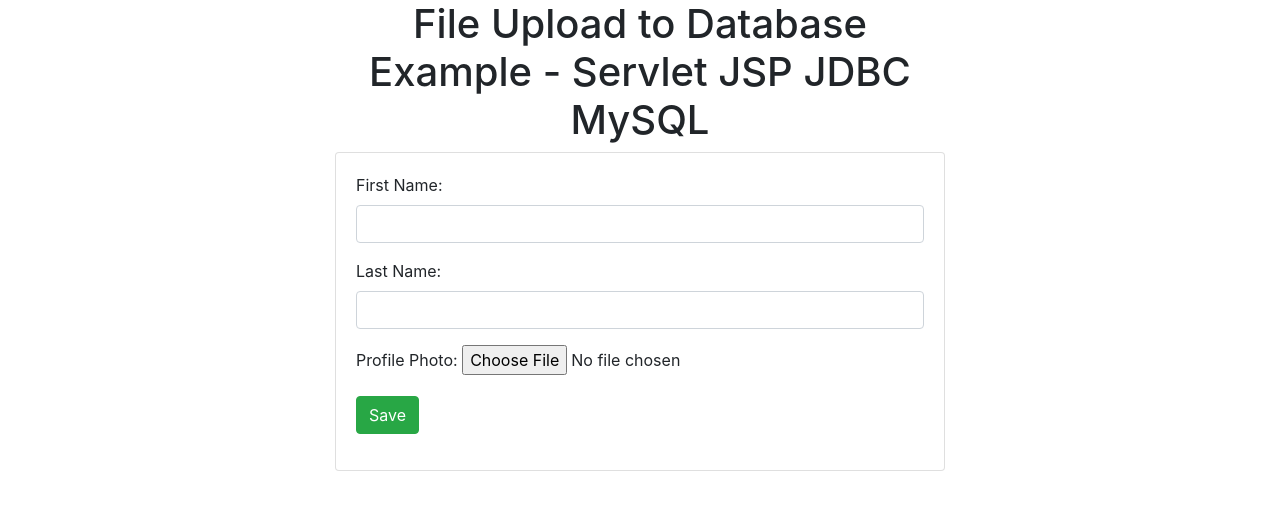
Repository: Tanvi0901/NIET-EVENT-MANAGEMENT-WEBSITE
Page: http://localhost/MiniProject/upload-file.jsp
An editor plug-in stored every save of this project. The page is shown before and after the next save, followed by the edit.
The browser window is 1280 px wide. The pictures show the whole page.
The page is served by Tomcat 10. Other server files are loaded and not shown.

Above is the page before, as saved 2023-05-08 07:31:15.

### adv/MiniProject/src/main/webapp/upload-file.jsp
<%@ page language="java" contentType="text/html; charset=ISO-8859-1"
 pageEncoding="ISO-8859-1"%>
<!DOCTYPE html PUBLIC "-//W3C//DTD HTML 4.01 Transitional//EN"
    "http://www.w3.org/TR/html4/loose.dtd">
<html>
<head>
<meta http-equiv="Content-Type" content="text/html; charset=ISO-8859-1">
<title>File Upload Servlet JSP JDBC MySQL Example</title>
<link
 href="https://stackpath.bootstrapcdn.com/bootstrap/4.3.1/css/bootstrap.min.css"
 rel="stylesheet"
 integrity="sha384-ggOyR0iXCbMQv3Xipma34MD+dH/1fQ784/j6cY/iJTQUOhcWr7x9JvoRxT2MZw1T"
 crossorigin="anonymous">
</head>
<body>

 <div class="container col-lg-6">
  <h1 class="text-center">File Upload to Database Example - Servlet JSP JDBC MySQL </h1>
  <div class="card">
   <div class="card-body">
    <form method="post" class="form-group" action="uploadServlet"
     enctype="multipart/form-data">
     <div class="form-group">
      <label for="first name">First Name: </label> <input type="text"
       class="form-control" name="firstName" size="50" />
     </div>
     <div class="form-group">
      <label for="last name">Last Name: </label> <input type="text"
       class="form-control" name="lastName" size="50" />
     </div>

     <div class="form-group">
      <label for="Profile Photo">Profile Photo:</label> <input
       type="file" name="photo" size="50" />
     </div>
     <input type="submit" value="Save" class="btn btn-success">
    </form>
   </div>
  </div>
 </div>
</body>
</html>

After the next save:
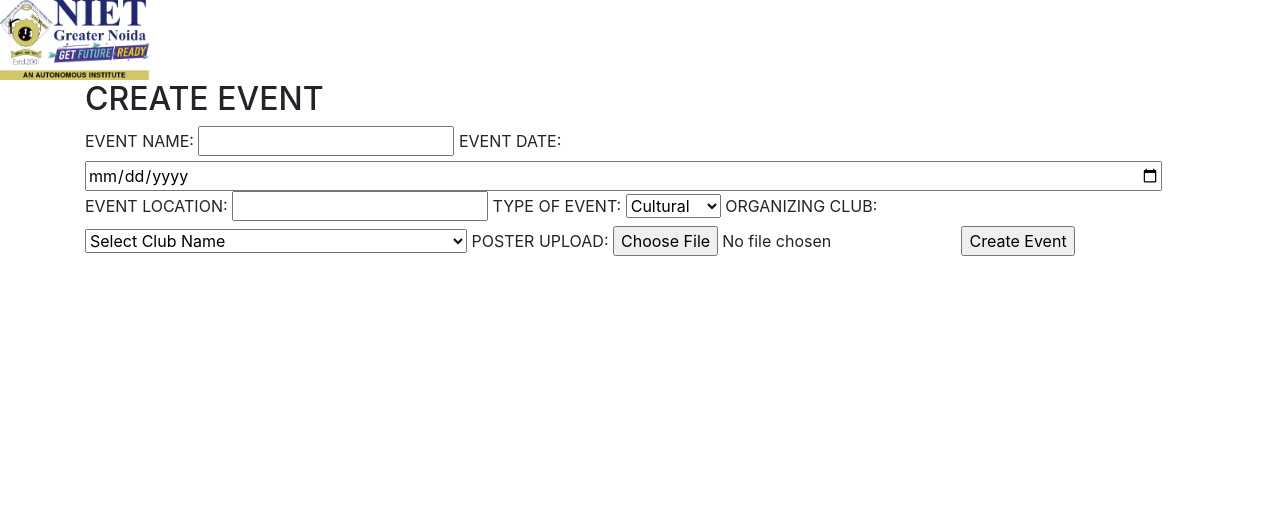
Saved 3 min 49 s later.
--- a/adv/MiniProject/src/main/webapp/upload-file.jsp
+++ b/adv/MiniProject/src/main/webapp/upload-file.jsp
@@ -14,29 +14,81 @@
 </head>
 <body>
 
- <div class="container col-lg-6">
-  <h1 class="text-center">File Upload to Database Example - Servlet JSP JDBC MySQL </h1>
-  <div class="card">
-   <div class="card-body">
+ <img src="logo.png"  width = "150px" height="80px" top="20px" left="0px" class="logo">
+    <div class="background-image"></div>
+  <div class="container">
+
+    <h2>CREATE EVENT</h2>
     <form method="post" class="form-group" action="uploadServlet"
      enctype="multipart/form-data">
-     <div class="form-group">
-      <label for="first name">First Name: </label> <input type="text"
-       class="form-control" name="firstName" size="50" />
-     </div>
-     <div class="form-group">
-      <label for="last name">Last Name: </label> <input type="text"
-       class="form-control" name="lastName" size="50" />
-     </div>
+      <label for="event-name">EVENT NAME:</label>
+      <input type="text" id="event-name" name="event-name" required>
 
-     <div class="form-group">
-      <label for="Profile Photo">Profile Photo:</label> <input
-       type="file" name="photo" size="50" />
-     </div>
-     <input type="submit" value="Save" class="btn btn-success">
+      <label for="event-date">EVENT DATE:</label>
+      <input type="date" id="event-date" name="event-date" style="width: 97%;" required>
+
+      <label for="event-location">EVENT LOCATION:</label>
+      <input type="text" id="event-location" name="event-location" required>
+
+      <label for="event-type">TYPE OF EVENT:</label>
+      <select id="event-type" name="event-type" required>
+        <option value="culture">Cultural</option>
+        <option value="sport">Sports</option>
+        <option value="art">Arts</option>
+        <option value="social">Social</option>
+        <option value="technical">Technical</option>
+        <option value="other">Other</option>
+      </select>
+
+      <label for="organizing-club">ORGANIZING CLUB:</label>
+      <select id="organizing-club" name="organizing-club" required>
+        <option value="club1">Select Club Name</option>
+        <option value="NIET Cricket Club">NIET Cricket Club</option>
+        <option value="NIET FootBall Club">NIET FootBall Club</option>
+        <option value="NIET VolleyBallL Club">NIET VolleyBallL Club</option>
+        <option value="NIET BasketBall Club">NIET BasketBall Club</option>
+        <option value="NIET Indoor Games (Boys, Girls)">NIET Indoor Games (Boys, Girls) </option>
+        <option value="NIET Kabbadi Club">NIET Kabbadi Club </option>
+        <option value="NIET Yoga Club">NIET Yoga Club </option>
+        <option value="NIET  Athletics Club">NIET  Athletics Club </option>
+        <option value="Dance Club">Dance Club</option>
+        <option value="Music Club">Music Club</option>
+        <option value="Theatre Club">Theatre Club </option>
+        <option value="Editorial Club">Editorial Club</option>
+        <option value="Kalakriti -Fine Arts and Paint Club">Kalakriti -Fine Arts and Paint Club</option>
+        <option value="Megapixels-Photography Club">Megapixels-Photography Club</option>
+        <option value="Jetsetters: Youth Tourism Club">Jetsetters: Youth Tourism Club</option>
+        <option value="Khushiya Baato Club">Khushiya Baato Club </option>
+        <option value="Green Gold Club">Green Gold Club</option>
+        <option value="CodeTronics">CodeTronics</option>
+        <option value="IETE Students Forum">IETE Students Forum</option>
+        <option value="REBOOT: Code eN-Coders">REBOOT: Code eN-Coders</option>
+        <option value="Technocrafts Club">Technocrafts Club</option>
+        <option value="ISTE (Indian Society of Technical Education)">ISTE (Indian Society of Technical Education)</option>
+        <option value="CSI">CSI</option>
+        <option value="NIET Coding Club">NIET Coding Club</option>
+        <option value="ProNetiX">ProNetiX</option>
+        <option value="Google Developers Students Club">Google Developers Students Club </option>
+        <option value="CodeChef NIET Chapter">CodeChef NIET Chapter</option>
+        <option value="The Mindbenders">The Mindbenders</option>
+        <option value="EmergeX">EmergeX </option>
+        <option value="DODGE Gaming">DODGE Gaming</option>
+        <option value="DLT Club">DLT Club</option>
+        <option value="AWS Club">AWS Club</option>
+        <option value="CYBERHACK Club">CYBERHACK Club</option>
+        <option value="Design Thinkers Club">Design Thinkers Club</option>
+        <option value="Signodes">Signodes</option>
+        <option value="DNA society of Biotechnology">DNA society of Biotechnology</option>
+        <option value="Electrifier">Electrifier</option>
+        <option value="CHESS (Chemical Engineering Student Society)">CHESS (Chemical Engineering Student Society)</option>
+      </select>
+
+      <label for="file-upload">POSTER UPLOAD:</label>
+      <input type="file" id="file-upload" name="file-upload">
+
+
+      <input type="submit" value="Create Event">
     </form>
-   </div>
   </div>
- </div>
 </body>
 </html>
